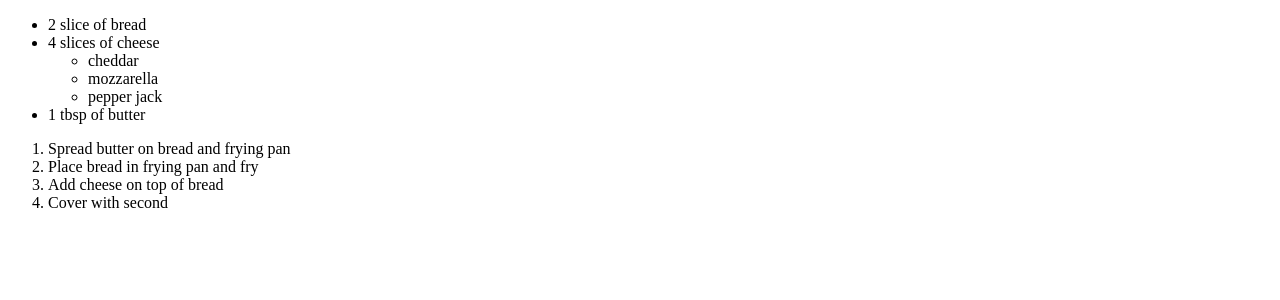
Repository: peterclermy232/phase-0-html-lists-lab
Page: index.html
An editor plug-in stored every save of this project. The page is shown before and after a run of saves, followed by the edit.
The browser window is 1280 px wide. The pictures show the whole page.

Above is the page before, as saved 2022-05-29 15:57:10.

### index.html
<!DOCTYPE html>
<html lang="en">
  <head>
    <title>Lists Lab</title>
  </head>
  <body>
    <!-- Write your HTML in this file -->
    <!--creating unordered list-->
    <ul>
      <li>2 slice of bread</li>
      <li>
        4 slices of cheese
        <ul>
          <li>cheddar</li>
          <li>mozzarella</li>
          <li>pepper jack</li>
        </ul>
      </li>
      <li>1 tbsp of butter</li>
    </ul>
    <!--creating ordered list-->
    <ol>
      <li>Spread butter on bread and frying pan</li>
      <li>Place bread in frying pan and fry</li>
      <li>Add cheese on top of bread</li>
      <li>Cover with second</li>
    </ol>
  </body>
</html>

After the next 6 saves:
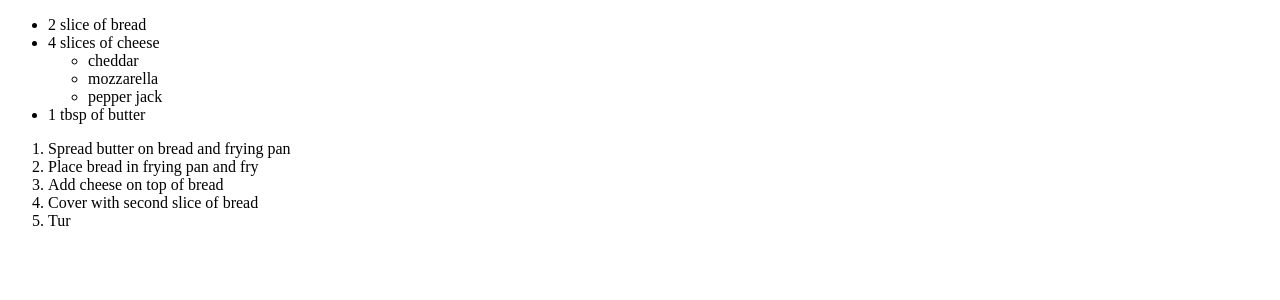
The 6 saves are shown as one change because they came seconds apart.
The last was saved 20 s later.
--- a/index.html
+++ b/index.html
@@ -23,7 +23,8 @@
       <li>Spread butter on bread and frying pan</li>
       <li>Place bread in frying pan and fry</li>
       <li>Add cheese on top of bread</li>
-      <li>Cover with second</li>
+      <li>Cover with second slice of bread</li>
+      <li>Tur</li>
     </ol>
   </body>
 </html>
